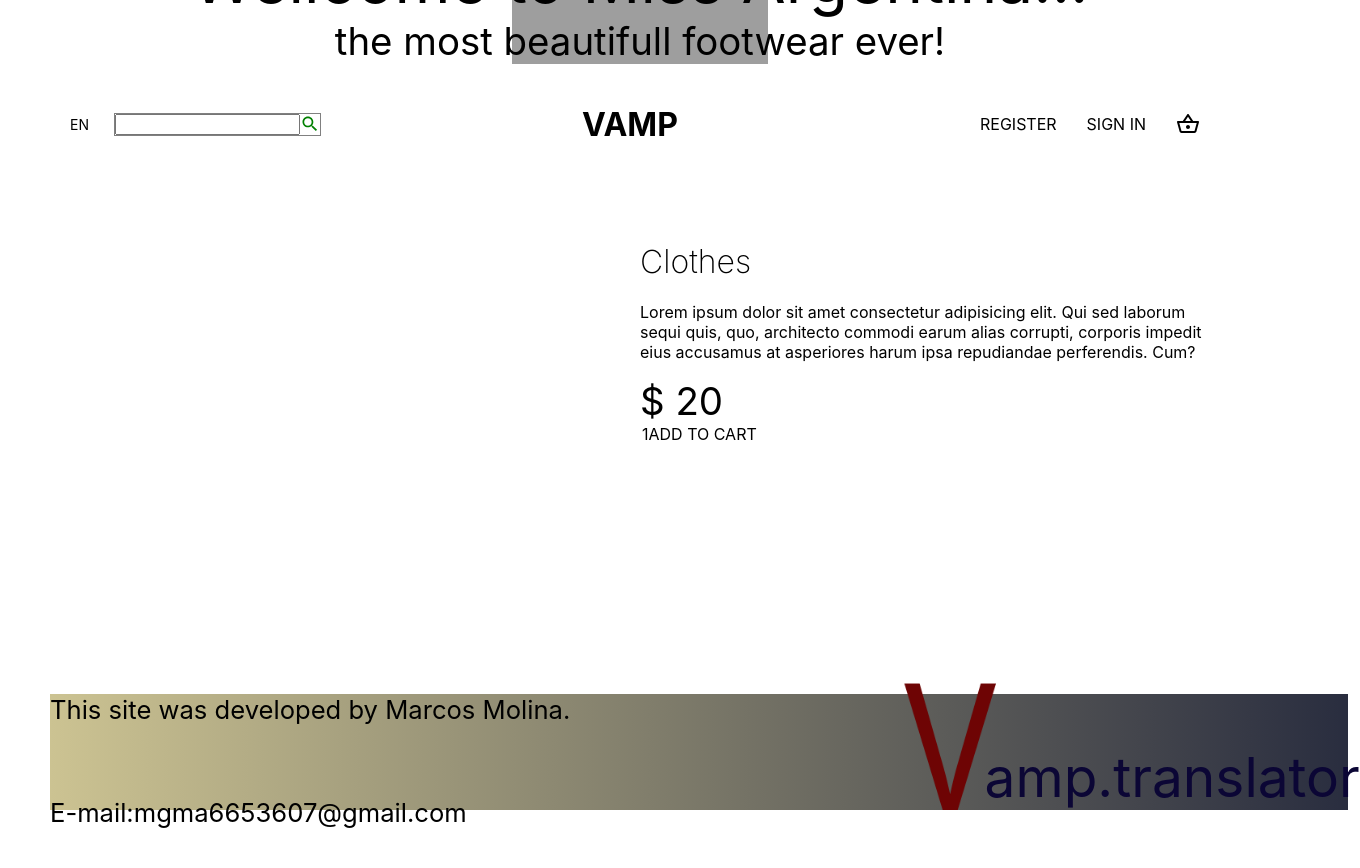
Repository: mgma2005/ecoeli
Page: /
These files come from the project's save history. The page is drawn as it stood at one moment and after the next save; the edit follows.
The browser window is 1280 px wide. The page is 1360 px wide, then 1301 px, so the pictures cover 1360 px, including what lies to the right of the window. The pictures show the part of the page from y = 109 to 977 px (the page is 977 px tall).
Pictures or frames that could not be fetched are drawn as grey boxes. The project was rebuilt for these pictures with package versions that can differ from the ones it lists, and the page was loaded fresh each time. Also part of the build but not shown: src/App.css.

Above is the page before, as saved 2022-05-14 17:36:34.

After the next save:
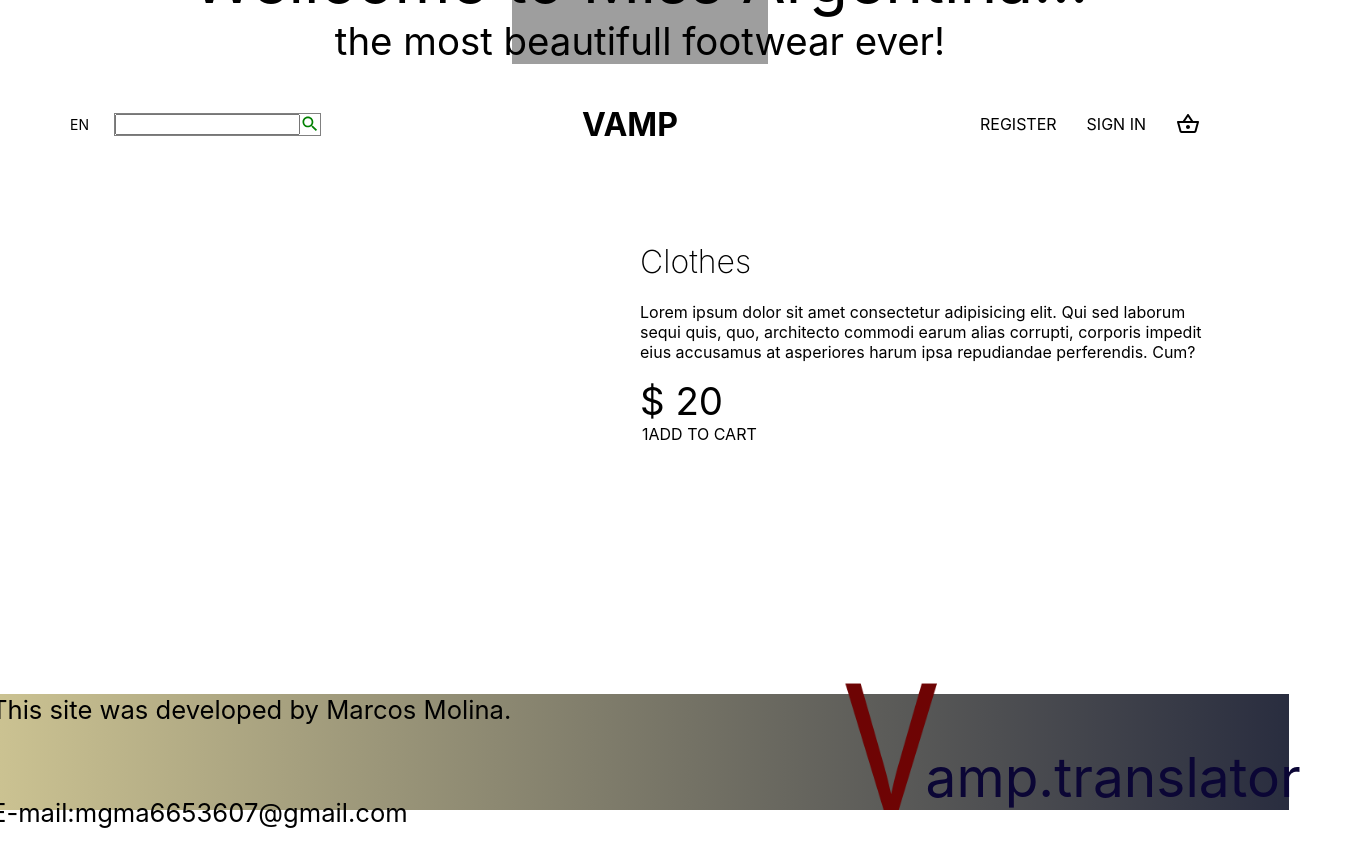
Saved 8 s later.
--- a/src/style.css
+++ b/src/style.css
@@ -1,5 +1,5 @@
 .cont2{
-    margin-left: 0%;
+    margin-left: -5%;
     width: 110%;
     height: auto;
     background: linear-gradient(to right, rgb(204, 195, 146),rgb(41, 45, 63));
